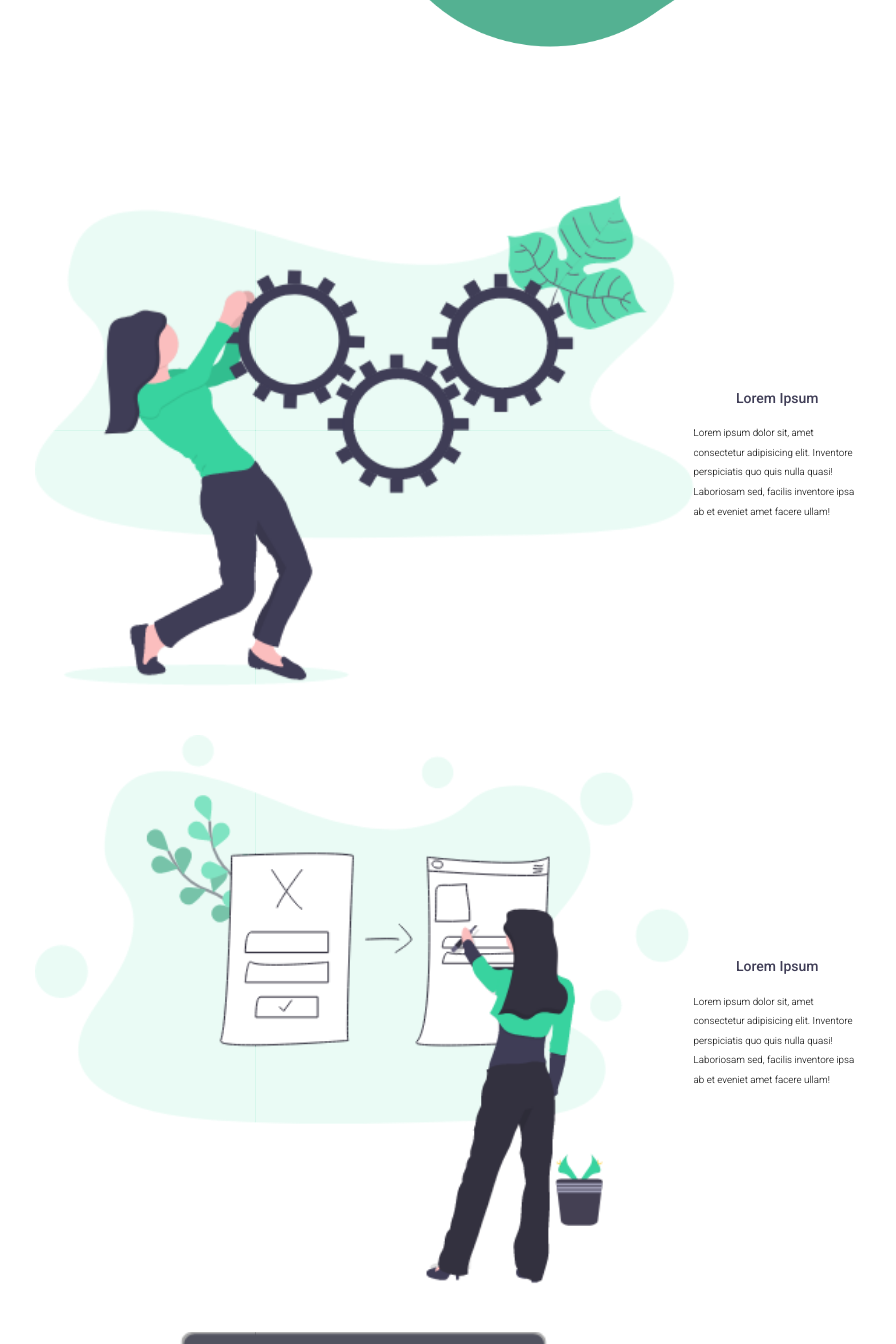
Repository: kebinh1235/porfolio-demo
Page: index.html
An editor plug-in stored every save of this project. The page is shown before and after the next save, followed by the edit.
The browser window is 1280 px wide. The pictures show the part of the page from y = 620 to 2540 px (the page is 3080 px tall before and 2473 px after), at 70% of full size.
Some web libraries are served in a nearby version.

Above is the page before, as saved 2021-10-20 16:17:46.

### index.html
<!DOCTYPE html>
<html lang="en">
<head>
  <meta charset="UTF-8">
  <meta http-equiv="X-UA-Compatible" content="IE=edge">
  <meta name="viewport" content="width=device-width, initial-scale=1.0">
  <title>Document</title>
  <!--CSS-->
  <link rel="stylesheet" href="./css/style.css">
</head>
<body>
  <!-- header -->
  <header>
    <div class="container">
      <nav class="navbar">
        <!-- logo -->
        <div class="navbar__logo">
          <img src="./img/logo.svg" alt="Website logo">
        </div>
        <!-- links -->
        <ul class="navbar__list">
          <li class="navbar__item"><a href="#" class="navbar__link">Home</a></li>
          <li class="navbar__item"><a href="#" class="navbar__link">About</a></li>
          <li class="navbar__item"><a href="#" class="navbar__link">Resume</a></li>
          <!-- <li class="navbar__item"><a href="#" class="navbar__link btn navbar__mobile-active">Contact Us</a></li> -->
          <a href="#"><button class="btn navbar__btn">Contact Us</button></a>
        </ul>
        <!-- menu mobile -->
        <div class="navbar__icons">
          <div class="navbar__icon"></div>
        </div>
      </nav>
    </div>
  </header>
  <!-- banner -->
  <section id="banner">
    <div class="container">
      <!-- img -->
      <div class="banner__img">
        <img src="./img/banner-img.png" alt="Of Women">
      </div>
      <!-- heading -->
      <div class="banner__heading">
        <h1>Hello I'm Lisa</h1>
        <p>Lorem ipsum dolor sit amet consectetur adipisicing elit. Sint totam possimus odio voluptates vitae quo repudiandae dolorum quibusdam eveniet eos!</p>
        <a href="#"><button class="btn banner__btn">View More</button></a>
        <div class="banner__social">
          <a href="#"><i class="fab fa-dribbble"></i></a>
          <a href="#"><i class="fab fa-behance"></i></a>
          <a href="#"><i class="fab fa-linkedin-in"></i></a>
        </div>
      </div>
    </div>
  </section>
  <!-- thing to do -->
  <section id="things">
    <div class="container">
      <!-- item 1 -->
      <div class="things__item">
        <!-- img -->
        <img src="./img/things-item-1.png" alt="Of Women">
        <!-- heading -->
        <div class="things__item-heading">
          <span>Lorem Ipsum</span>
          <p>Lorem ipsum dolor sit, amet consectetur adipisicing elit. Inventore perspiciatis quo quis nulla quasi! Laboriosam sed, facilis inventore ipsa ab et eveniet amet facere ullam!</p>
        </div>
      </div>
      <!-- item 2 -->
      <div class="things__item">
        <!-- img -->
        <img src="./img/things-item-2.png" alt="Of Women">
        <!-- heading -->
        <div class="things__item-heading">
          <span>Lorem Ipsum</span>
          <p>Lorem ipsum dolor sit, amet consectetur adipisicing elit. Inventore perspiciatis quo quis nulla quasi! Laboriosam sed, facilis inventore ipsa ab et eveniet amet facere ullam!</p>
        </div>
      </div>
      <!-- item 3 -->
      <div class="things__item">
        <!-- img -->
        <img src="./img/things-item-3.png" alt="Of Women">
        <!-- heading -->
        <div class="things__item-heading">
          <span>Lorem Ipsum</span>
          <p>Lorem ipsum dolor sit, amet consectetur adipisicing elit. Inventore perspiciatis quo quis nulla quasi! Laboriosam sed, facilis inventore ipsa ab et eveniet amet facere ullam!</p>
        </div>
      </div>

    </div>
  </section>
  <!--Font awesome-->
  <script src="https://kit.fontawesome.com/5d1e581bbe.js" crossorigin="anonymous"></script>
  <!--JS-->
  <script src="./js/main.js"></script>
</body>
</html>

### css/style.css
@import url('https://fonts.googleapis.com/css2?family=Roboto:wght@300;500&display=swap');
:root {
  --green: #54B192;
  --green-l: #A4CEC0;
  --gray: #3F3D56;
  --white: #fff;
  --smooth: all .3s linear;
}
* {
  margin: 0;
  padding: 0;
  box-sizing: border-box;
  list-style-type: none;
  text-decoration: none;
}
html {
  scroll-behavior: smooth;
  font-size: 62.5%;
}
body {
  font-family: "Roboto", sans-serif;
}
img {
  max-width: 100%;
  width: 100%;
}
.container {
  max-width: 1200px;
  width: 100%;
  margin: 0 auto;
  padding: 0 10px;
}
.btn {
  text-align: center;
  background: var(--gray);
  color: var(--white);
  padding: .8rem 2.5rem;
  border: none;
  border-radius: 100px;
  cursor: pointer;
  transition: var(--smooth);
}
.btn:hover {
  background: var(--green-l);
  transition: var(--smooth);
}
/*header*/
header {
  position: fixed;
  width: 100%;
}
.navbar {
  display: flex;
  justify-content: space-between;
  align-items: center;
  padding: 20px 0;
}
.navbar__logo {
  width: 57px;
  height: 57px;
  object-fit: cover;
}
.navbar__logo img {
  width: 100%;
}
.navbar__list{
  position: fixed;
  top: 0;
  left: 0;
  bottom: 0;
  background: var(--gray);
  width: 60%;
  max-width: 100%;
  transform: translateX(-100%);
  opacity: 0;
  transition: var(--smooth);
  z-index: 10;
}
.navbar__list.navbar__open {
  transform: translateX(0);
  opacity: 1;
}
.navbar__link{
  padding: 20px;
  font-size: 1.4rem;
  display: block;
  color: var(--white);
}
.navbar__link:hover {
  color: var(--green);
  transition: var(--smooth);
}
.navbar__btn{
  font-size: 1.4rem;
  margin: 20px;
  background: var(--green);
}
/*Menu icon*/
.navbar__icons{
  display: flex;
  justify-content: center;
  align-items: center;
  width: 50px;
  height: 50px;
  cursor: pointer;
  transition: var(--smooth);
  z-index: 10;
}
.navbar__icon{
  width: 40px;
  height: 6px;
  border-radius: 5px;
  background: var(--gray);
  position: relative;
  transition: var(--smooth);
}
.navbar__icon:before,
.navbar__icon:after {
  content: '';
  position: absolute;
  width: 40px;
  height: 6px;
  border-radius: 5px;
  background: var(--gray);
  transition: var(--smooth);
}
.navbar__icon:before {
  transform: translateY(-12px)
}
.navbar__icon:after {
  transform: translateY(12px)
}
/* menu icon animation */
.open .navbar__icon {
  transform: translateX(-50px);
  background: transparent;
}
.open .navbar__icon:before {
  transform: rotate(45deg) translate(35px, -35px);
}
.open .navbar__icon:after {
  transform: rotate(-45deg) translate(35px, 35px);
}
@media screen and (min-width: 992px) {
  .navbar__list {
    display: flex;
    justify-content: flex-end;
    align-items: center;
    transform: translateX(0);
    position: initial;
    opacity: 1;
    background: transparent;
  }
  .navbar__link {
    color: var(--gray);
  }
  .navbar__btn {
    background: var(--gray);
  }
  .navbar__icons {
    display: none;
  }
}

/* banner */
#banner {
  position: relative;
  height: 100vh;
  display: flex;
  align-items: center;
}
.banner__img {
  position: absolute;
  top: 0;
  right: 0;
  z-index: -1;
}
.banner__heading {
  max-width: 300px;
  margin: 0 auto;
  text-align: center;
}
.banner__heading h1 {
  font-size: 2rem;
  padding-top: 4em;
  margin-bottom: .8em;
}
.banner__heading p {
  font-weight: 300;
  line-height: 2em;
  margin-bottom: 1.5em;
  font-size: 1.5rem;
}
.banner__social {
  display: flex;
  align-items: center;
  justify-content: space-evenly;
  margin-top: 3em;
  font-size: 1.5rem;
}
.banner__social a {
  color: var(--gray);
  transition: var(--smooth);
}
.banner__social a:hover {
  color: var(--green-l);
}

@media (min-width: 992px) {
    .banner__img {
      width: 60%;
    }
    .banner__heading {
      text-align: initial;
      margin: 0;
      padding-top: 0;
    }
    .banner__social {
      justify-content: flex-start;
    }
    .banner__social a {
      margin-right: 45px;
    }
}

/* thing to do */
#things {
  position: relative;
  overflow-x: hidden;
  margin-top: 15em;
}
.things__item span {
  display: block;
  text-align: center;
  color: var(--gray);
  margin-bottom: .5em;
  font-size: 2rem;
}
.things__item {
  margin: 3em 0;
}
.things__item img {
  padding-bottom: 4em;
}
.things__item--heading {
  text-align: center;
  color: var(--gray);
}
.things__item-heading p {
  max-width: 300px;
  font-weight: 300;
  line-height: 2em;
  margin: 0 auto;
  padding-top: 1em;
  font-size: 1.4rem;
}

@media (min-width: 992px) {
  .things__item {
    display: flex;
    justify-content: space-between;
    align-items: center;
  }
}

### js/main.js
const menu = document.querySelector('.navbar__list');
const menuIcon = document.querySelector('.navbar__icons')

menuIcon.addEventListener('click', () =>{
  menu.classList.toggle('navbar__open');
  menuIcon.classList.toggle('open');
})

After the next save:
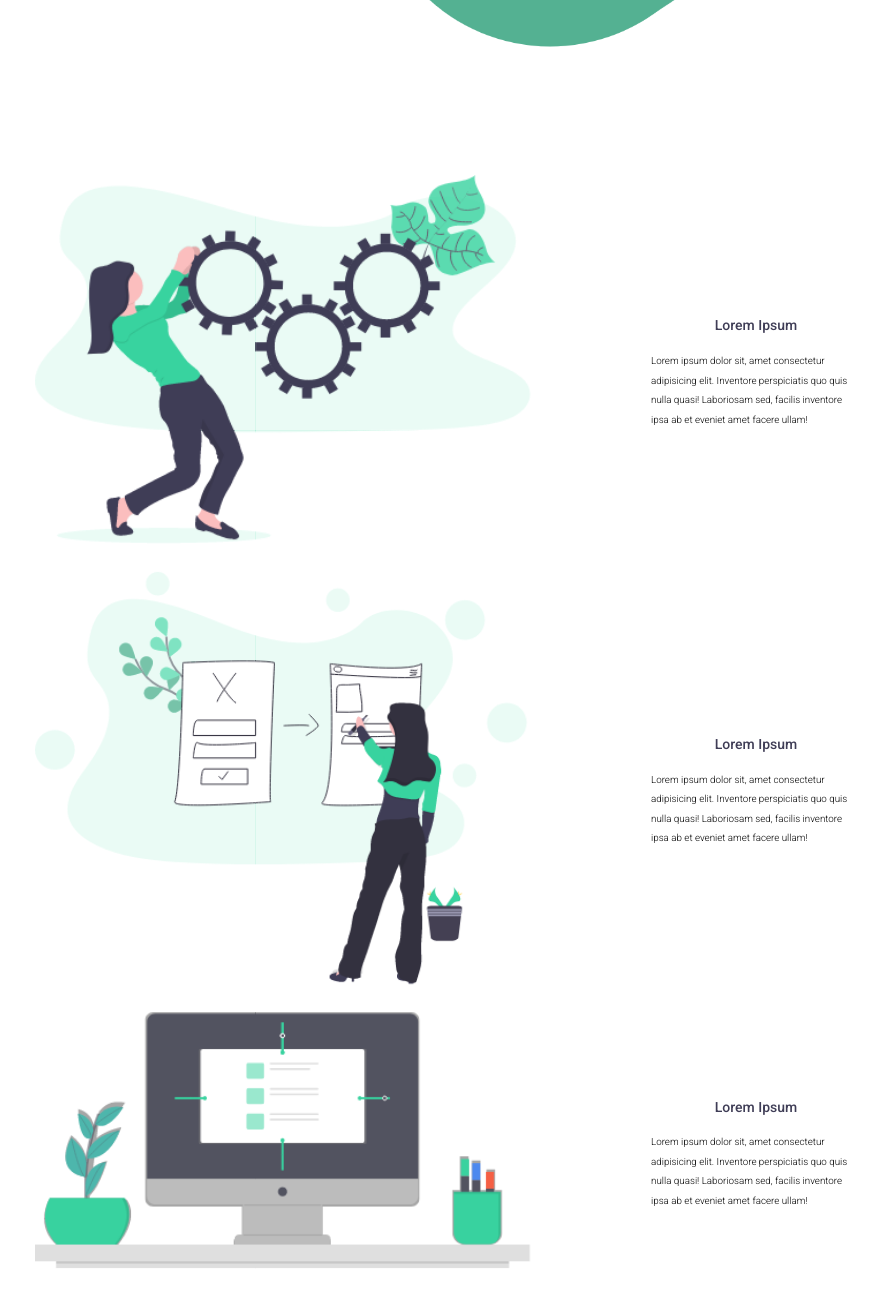
Saved 22 s later.
--- a/css/style.css
+++ b/css/style.css
@@ -260,5 +260,9 @@ header {
     display: flex;
     justify-content: space-between;
     align-items: center;
-  }
-}
+    margin: 0;
+  }
+  .things__item img {
+    width: 60%;
+  }
+}
